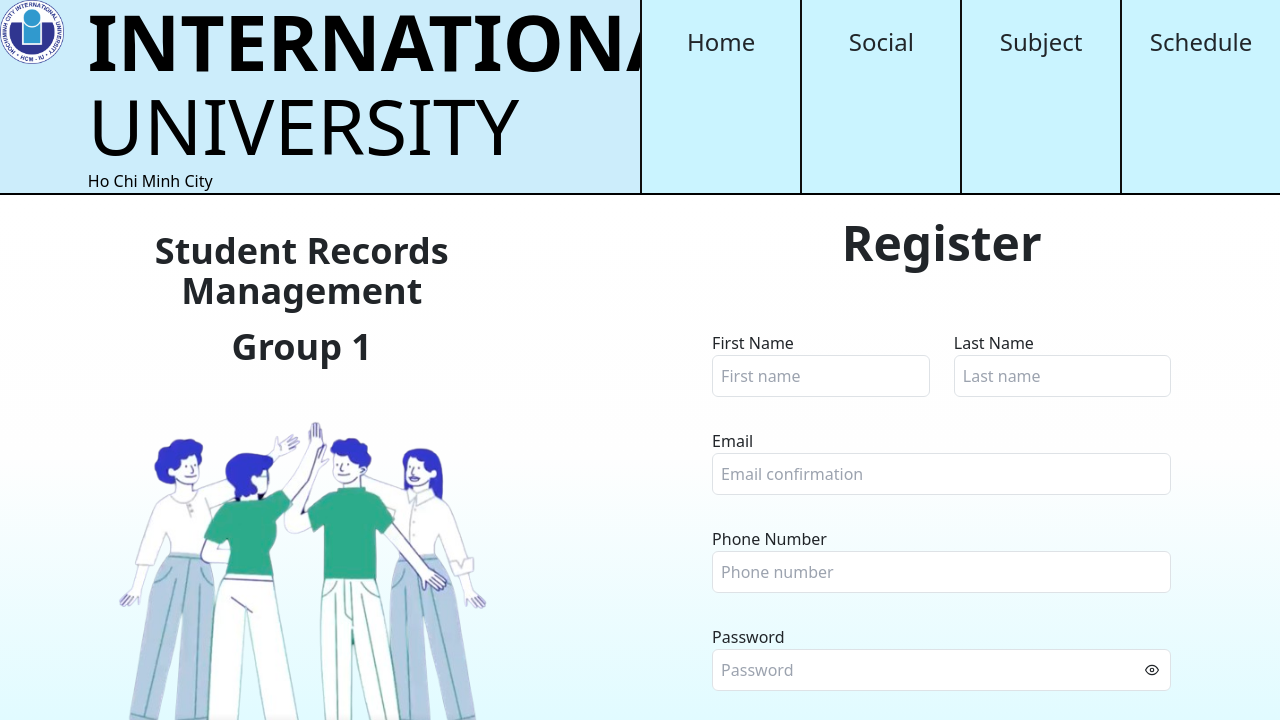
Repository: HarryZ2k3/Cirriculum_manager_SEProj
Page: /signup (app in frontend/)
An editor plug-in stored every save of this project. The page is shown before and after the next save, followed by the edit.
The browser window is 1280 px wide. The pictures show the whole page.
An inner scrolling area shows only its first screen. The project was rebuilt for these pictures with package versions that can differ from the ones it lists, and the page was loaded fresh each time. Also part of the build but not shown: frontend/vite.config.js, frontend/src/pages/NotFound.jsx, frontend/src/routes/Home/HomeComponents.jsx, frontend/src/routes/Home/Home.jsx, frontend/src/routes/LoginSign/LoginSignUp/LoginSignUp.css, frontend/src/routes/LoginSign/Login.jsx, frontend/src/routes/Subject/Grade.jsx, frontend/src/routes/Subject/SubjectComponents.jsx and 9 more.

Above is the page before, as saved 2024-05-29 00:35:13.

### frontend/src/main.jsx
import React from 'react';
import ReactDOM from 'react-dom/client';
//import { Provider } from 'react-redux';
//import { store } from '../src/redux/reducer/index'; // Adjust the path as needed
import App from './App.jsx';
import './index.css';
import { BrowserRouter as Router } from 'react-router-dom';

ReactDOM.createRoot(document.getElementById('root')).render(
  <React.StrictMode>
      <Router>
        <App />
      </Router>
  </React.StrictMode>,
);

### frontend/src/App.jsx
import AnimatedRoutes from './AnimatedRoutes'
import Header from './components/Header'
// import Footer from './components/Footer'

export default function App() {
	return (
		<div className="flex h-screen flex-col">
			<Header />
			<div className="flex flex-1 overflow-hidden">
				<AnimatedRoutes />
			</div>
			{/* <Footer /> */}
		</div>
	)
}

### frontend/src/index.css
:root {
  font-family: Inter, system-ui, Avenir, Helvetica, Arial, sans-serif;
  line-height: 1.5;
  font-weight: 400;

  color-scheme: light dark;
  color: rgba(255, 255, 255, 0.87);
  background-color: #242424;

  font-synthesis: none;
  text-rendering: optimizeLegibility;
  -webkit-font-smoothing: antialiased;
  -moz-osx-font-smoothing: grayscale;
}
@tailwind base;
@tailwind components;
@tailwind utilities;
a {
  font-weight: 500;
  color: #646cff;
  text-decoration: inherit;
}
a:hover {
  color: #535bf2;
}

body {
  margin: 0;
  display: flex;
  place-items: center;
  min-width: 320px;
  min-height: 100vh;
}

h1 {
  font-size: 3.2em;
  line-height: 1.1;
}

button {
  border-radius: 8px;
  border: 1px solid transparent;
  padding: 0.6em 1.2em;
  font-size: 1em;
  font-weight: 500;
  font-family: inherit;
  background-color: #1a1a1a;
  cursor: pointer;
  transition: border-color 0.25s;
}
button:hover {
  border-color: #646cff;
}
button:focus,
button:focus-visible {
  outline: 4px auto -webkit-focus-ring-color;
}

@media (prefers-color-scheme: light) {
  :root {
    color: #213547;
    background-color: #ffffff;
  }
  a:hover {
    color: #747bff;
  }
  button {
    background-color: #f9f9f9;
  }
}

### frontend/src/AnimatedRoutes.jsx
import { Routes, Route, Navigate } from 'react-router-dom'

// Pages
import NotFound from './pages/NotFound'
import Home from './routes/Home/Home'
import Login from './routes/LoginSign/Login'
import Register from './routes/LoginSign/Register'
import Grade from './routes/Subject/Grade'
import Subject from './routes/Subject/Subject'
import Schedule from './routes/Schedule/Schedule'
import LoginSignUp from './routes/LoginSign/LoginSignUp/LoginSignUp'
import Profile from './routes/Profile/Profile'
import Edit from './routes/Edit/Edit'
import Admin from './routes/Admin/Admin'
import System from './routes/System.jsx'
import SignUp from './routes/LoginSign/Register.jsx'


export default function AnimatedRoutes() {
	return (

		<Routes>
			<Route path="/" element={<Navigate to="/login" />} />
			<Route path="/login" element={<Login />} />
			<Route path="/signup" element={<SignUp />} />
			<Route path='' element={<System/>}>
				<Route path="/Home" element={<Home />} />
				<Route path="/grade" element={<Grade />} />
				<Route path="/profile" element={<Profile />} />
				<Route path="/edit" element={<Edit />} />
				<Route path="/subject" element={<Subject />} />
				<Route path="/schedule" element={<Schedule />} />
				{/* <Route path="/login" element={<Login />} /> */}
				<Route path="/register" element={<Register />} />
				<Route path="*" element={<NotFound />} />
				<Route path="/loginv2" element={<LoginSignUp/>}/>
				<Route path="/admin" element = {<Admin/>}/>
				<Route path="/grade" element = {<Grade/>}/>
			</Route>
		</Routes>
	)
}

### frontend/src/components/Header.jsx
import { Link } from 'react-router-dom'
import Logo from '../assets/logo/logo.png'

export default function Header() {
	return (
		<header className="flex justify-between divide-x-2 divide-black border-b-2 border-black text-[1.5rem] text-black">
			<div className="flex w-1/2 gap-6 bg-header_bold">
				<img className="inline-block h-16 w-auto" src={Logo} alt="Logo IU" />
				<div className="flex flex-col items-start justify-center">
					<h1 className="uppercase">
						<span className="font-bold">International</span> University
					</h1>
					<span className="text-[1rem]">Ho Chi Minh City</span>
				</div>
			</div>
			<div className="w-1/2">
				<ul className="flex h-full justify-between divide-x-2 divide-black bg-header_light">
					<li className="flex w-full justify-center">
						<Link className="p-4" to="/">
							Home
						</Link>
					</li>
					<li className="flex w-full justify-center">
						<Link className="p-4" to="/social">
							Social
						</Link>
					</li>
					<li className="flex w-full justify-center">
						<Link className="p-4" to="/subject">
							Subject
						</Link>
					</li>
					<li className="flex w-full justify-center">
						<Link className="p-4" to="/schedule">
							Schedule
						</Link>
					</li>
				</ul>
			</div>
		</header>
	)
}

### frontend/src/routes/LoginSign/Register.jsx
import Transition from '../../utils/Transition'
import { Link, useNavigate } from 'react-router-dom'
import { FiEye, FiEyeOff } from 'react-icons/fi';
import axios from 'axios';
//import { FcGoogle } from "react-icons/fc";
import { useState } from 'react';
import bg_img from '../LoginSign/assets/register.png'

const Register = () => {
	const [showPassword, setShowPassword] = useState(false);
	const [First_name, setFirst_name] = useState('');
	const [Last_name, setLast_name] = useState('');
	const [Email, setEmail] = useState('');
	const [Password, setPassword] = useState('');
	const [confirmPassword, setConfirmPassword] = useState('');
	const [Phone_number, setPhone_number] = useState('');
	const [User_type] = useState('USER'); // Default user type
	const navigate = useNavigate();

	const handleRegister = async (e) => {
		e.preventDefult();
		if (Password !== confirmPassword) {
			console.error("Passwords do not matching")
			return
		}

		try {
			const response = await axios.post("https://authentication-pf3yfmx32q-uc.a.run.app/user/signup",
			{
				First_name: First_name,
				Last_name: Last_name,
				Password: Password,
				Email: Email,
				Phone_number: Phone_number,
				User_type: User_type,
			},
			{
				headers: {
					"Content-Type": "application/json",
				},
			}
			)
			if (response.status === 200)
				navigate('/login')
			else
				console.error("Failed for register!")
			}
			catch (error) {
				console.error("Error:", error);
		}
	}
	return (
		<Transition className='flex flex-grow bg-gradient-to-b from-background_top from-0% via-background_mid via-66% to-background_bottom to-100%'>
			{/*Left-Image*/}
			<div className='flex w-2/3 flex-grow flex-col overflow-hidden px-8 py-2 rounded-lg'>
				<div className='text-center font-bold flex text-4xl justify-center items-center flex flex-col py-4'>
					<p className='p-1 mb-2'>Student Records Management</p>
					<p className='p-1 smaller-text'> Group 1</p>
				</div>
				<img src={bg_img} alt="" />
			</div>
			{/*Right-Information*/}
			<div className="flex w-3/4 flex-grow flex-col justify-between overflow-y-auto px-8 py-4 rounded-lg items-center">
				<form className='w-3/4' onSubmit={handleRegister}>
          			<p className='text-5xl mb-5 font-semibold text-center'>Register</p>
					<div className='flex gap-4 py-3'>
						<div className='flex-1'>
							<label>First Name</label>
							<input
								type="text"
								className='block w-full p-2 border border-gray-300 rounded'
								placeholder='First name'
								value={First_name}
								onChange={(e) => setFirst_name(e.target.value)}
							/>
						</div>

						<div className='flex-1'>
							<label>Last Name</label>
							<input
								type="text"
								className='block w-full p-2 border border-gray-300 rounded'
								placeholder='Last name'
								value={Last_name}
								onChange={(e) => setLast_name(e.target.value)}
							/>
						</div>
					</div>

					<div className='py-3'>
						<label>Email</label>
						<input
							type="email"
							className='block w-full p-2 border border-gray-300 rounded'
							placeholder='Email confirmation'
							value={Email}
							onChange={(e) => setEmail(e.target.value)}
						/>
					</div>
					<div className='py-3'>
						<label>Phone Number</label>
						<input
							type="text"
							className='block w-full p-2 border border-gray-300 rounded'
							placeholder='Phone number'
							value={Phone_number}
							onChange={(e) => setPhone_number(e.target.value)}
						/>
					</div>

					<div className='py-3'>
						<label>Password</label>
						<div className="relative">
							<input
								type={showPassword ? "text" : "password"}
								className="block w-full p-2 border border-gray-300 rounded"
								placeholder='Password'
								value={Password}
								onChange={(e) => setPassword(e.target.value)}
							/>
							<div className='absolute inset-y-0 right-0 pr-3 flex items-center text-sm leading-5'>
								{showPassword ? (<FiEyeOff onClick={() => setShowPassword(false)} />) : (<FiEye onClick={() => setShowPassword(true)} />)}
							</div>
						</div>
					</div>

					<div className='py-3'>
						<label>Confirm Password</label>
						<div className="relative">
							<input
								type={showPassword ? "text" : "password"}
								className="block w-full p-2 border border-gray-300 rounded"
								placeholder='Confirm password'
								value={confirmPassword}
								onChange={(e) => setConfirmPassword(e.target.value)}
							/>
							<div className='absolute inset-y-0 right-0 pr-3 flex items-center text-sm leading-5'>
								{showPassword ? (<FiEyeOff onClick={() => setShowPassword(false)} />) : (<FiEye onClick={() => setShowPassword(true)} />)}
							</div>
						</div>
					</div>
          			<button type="submit" className='bg-blue p-3 rounded-lg text-white font-semibold w-full'>Sign up</button>
        		</form>
        		<div className='text-center flex mt-3'>
          			Already have an account?
          			<p className='text-sky-500 ml-1'><Link to="/login">Log in</Link></p>
        		</div>
			</div>

		</Transition>

	)
}
export default Register;


//   return (

//   );
// };

// export default SignUp;

### frontend/src/utils/Transition.jsx
import { motion, AnimatePresence } from 'framer-motion'
import PropTypes from 'prop-types'

export default function Transition({ children, className }) {
	return (
		<AnimatePresence mode="wait">
			<motion.div
				className={'flex-grow ' + className}
				initial={{ opacity: 0 }}
				animate={{ opacity: 1 }}
				exit={{ opacity: 0 }}
				transition={{
					duration: 0.4,
					ease: 'easeInOut',
				}}
			>
				{children}
			</motion.div>
		</AnimatePresence>
	)
}

Transition.propTypes = {
	children: PropTypes.node.isRequired,
	className: PropTypes.string,
}

### frontend/src/routes/Schedule/Schedule.css
#ContentPlaceHolderTable1{
    border-color:#999999;
    border-width:1px;
    border-style:Solid;
    height:100%;
    width:100%;
    border-collapse:collapse;
    border:solid white 1px;
    border-radius:6px;
}

#ContentPlaceHolderTableRow{
    height:30px;
    text-align: center;

}

#ContentPlaceHolderTableCell123{
    height:18px;
    width:50px;

    border-left:solid white 1px;
    border-top:solid white 1px;

    border-top: none;
}

#ContentPlaceHolderTableCell124{
    color:White;
    background-color:#146C94;
    border-width:1px;
    border-style:solid;
    font-size: 18px;
    height:18px;
    width:110px;
    white-space:nowrap;

    border-left:solid white 1px;
    border-top:solid white 1px;

    border-top: none;

}

#ContentPlaceHolderTableCell125{
    color:White;
    background-color:#146C94;
    border-width:1px;
    border-style:solid;
    font-size: 18px;
    width:110px;

    border-left:solid white 1px;
    border-top:solid white 1px;

    border-top: none;
}




#ContentPlaceHolderTableCell126{
    color:White;
    background-color:#146C94;
    border-width:1px;
    border-style:solid;
    font-size: 18px;
    width:110px;

    border-left:solid white 1px;
    border-top:solid white 1px;

    border-top: none;
}




#ContentPlaceHolderTableCell127{
    color:White;
    background-color:#146C94;
    border-width:1px;
    border-style:solid;
    font-size: 18px;
    width:110px;

    border-left:solid white 1px;
    border-top:solid white 1px;

    border-top: none;
}




#ContentPlaceHolderTableCell128{
    color:White;
    background-color:#146C94;
    border-width:1px;
    border-style:solid;
    font-size: 18px;
    width:110px;

    border-left:solid white 1px;
    border-top:solid white 1px;

    border-top: none;
}




#ContentPlaceHolderTableCell129{
    color:White;
    background-color:#146C94;
    border-width:1px;
    border-style:solid;
    font-size: 18px;
    width:110px;

    border-left:solid white 1px;
    border-top:solid white 1px;

    border-top: none;
}




#ContentPlaceHolderTableCell130{
    color:White;
    background-color:#146C94;
    border-width:1px;
    border-style:solid;
    font-size: 18px;
    width:110px;

    border-left:solid white 1px;
    border-top:solid white 1px;

    border-top: none;
}




#ContentPlaceHolderTableCell131{
    width:50px;
}

#ContentPlaceHolderBody1{
    color:White;
    background-color:#146C94;
    border-color:Gray;
    border-width:1px;
    border-style:solid;
    height:50px;
    width:50px;

}

#ContentPlaceHolderBody2{
    border-color:Gray;
    border-width:1px;
    border-style:solid;
    height:30px;
    width:110px;
}

#ContentPlaceHolderBody3{
    border-color:Gray;
    border-width:1px;
    border-style:solid;
    height:22px;
}

#ContentPlaceHolderBody4{

}

  .center {
    line-height: 30px;
    height: 200px;
    border: 3px solid green;
    text-align: center;
  }

table {
    border-collapse:separate;
    border:solid black 1px;
    border-radius:6px;
}

td, th {
    border-left:solid  1px;
    border-top:solid black 1px;
}

th {
    border-top: none;
}

td:first-child, th:first-child {
     border-left: none;
}


.popoverStyle {
  z-index: 99999 !important;
}

a {
  color: #212529 !important;
}

### frontend/tailwind.config.js
/** @type {import('tailwindcss').Config} */

import daisyui from 'daisyui'

export default {
	content: ['./index.html', './src/**/*.{js,ts,jsx,tsx}'],
	theme: {
		extend: {
			colors: {
				background_top:'#FFFFFF',
				background_mid: '#FEFEFE',
				background_bottom:'#E1FBFF',
				text_blue: '#146C94',
				text_gray: '#6B7174',
				text_dark: '#0E0E0E',
				header_light: '#CAF4FF',
				header_bold: '#CCEDFB',
				card_home: '#F7FAF9',
				card_gray: '#6B7174',
				card_subcard: '#EAECEB',
				card_blue: '#E1FAF9',
				white: '#FEFEFE',
				black: '#0E0E0E'
			},
			fontFamily: {
				sans: ['Montserrat', 'sans-serif'],
			},
		},
	},
	plugins: [daisyui],
}

Loaded but not shown: frontend/index.html (common file)

After the next save:
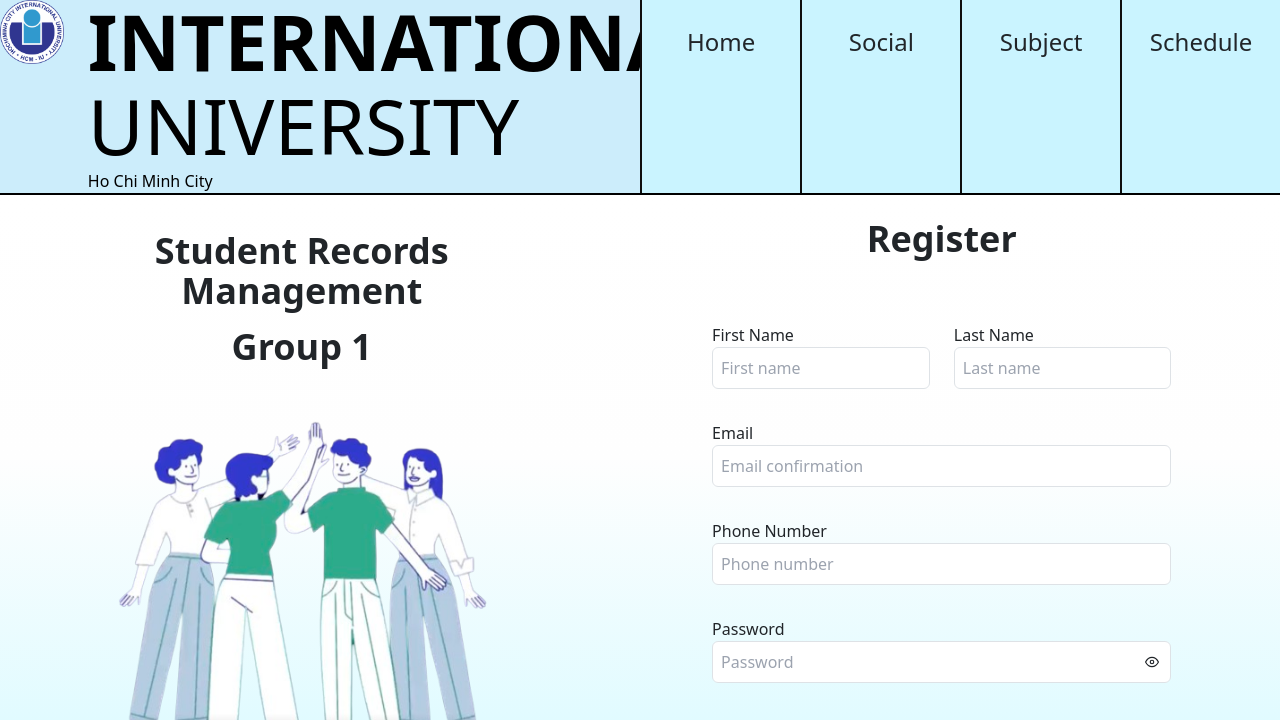
Saved 17 s later.
--- a/frontend/src/routes/LoginSign/Register.jsx
+++ b/frontend/src/routes/LoginSign/Register.jsx
@@ -62,7 +62,7 @@
 			{/*Right-Information*/}
 			<div className="flex w-3/4 flex-grow flex-col justify-between overflow-y-auto px-8 py-4 rounded-lg items-center">
 				<form className='w-3/4' onSubmit={handleRegister}>
-          			<p className='text-5xl mb-5 font-semibold text-center'>Register</p>
+          			<p className='text-4xl mb-5 font-semibold text-center'>Register</p>
 					<div className='flex gap-4 py-3'>
 						<div className='flex-1'>
 							<label>First Name</label>
